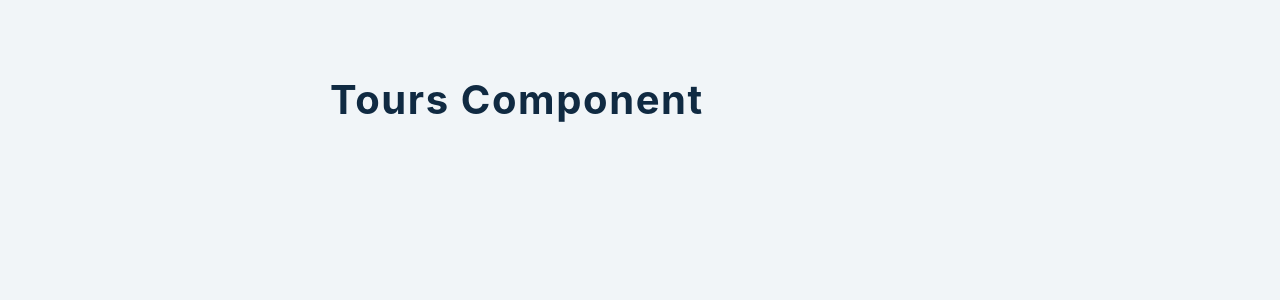
Repository: Chetandev16/Tours
Page: /
These files come from the project's save history. The page is drawn as it stood at one moment and after the next save; the edit follows.
The browser window is 1280 px wide. The pictures show the whole page.
The page's requests for data from a server got no answer. The project was rebuilt for these pictures with package versions that can differ from the ones it lists, and the page was loaded fresh each time. No one was signed in, and anything a server would have sent is missing. Also part of the build but not shown: src/Tour.js.

Above is the page before, as saved 2022-01-25 20:31:51.

After the next save:
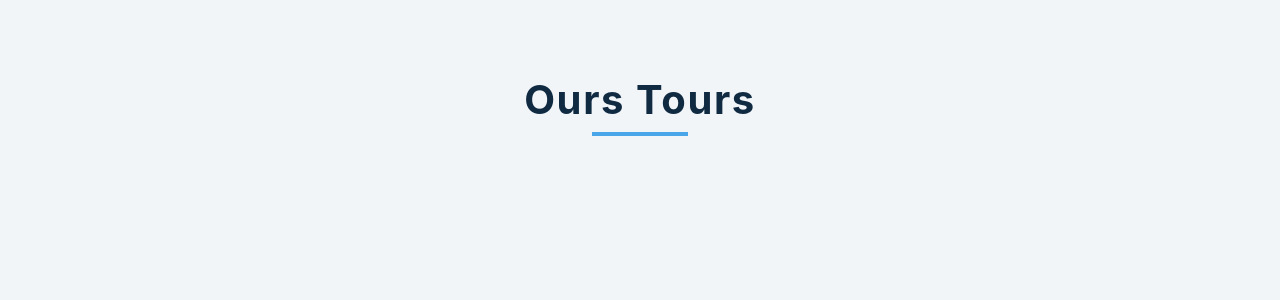
Saved 3 min 23 s later.
--- a/src/Tours.js
+++ b/src/Tours.js
@@ -1,8 +1,14 @@
 import React from 'react';
 import Tour from './Tour';
-const Tours = (props) => {
-  const {id,name,info} = props;
-  return <h2>tours component</h2>;
+const Tours = ({tour}) => {
+  return <section>
+    <div className='title'>
+      <h2>ours tours</h2>
+      <div className="underline"></div>
+
+    </div>
+
+  </section>
 };
 
 export default Tours;
